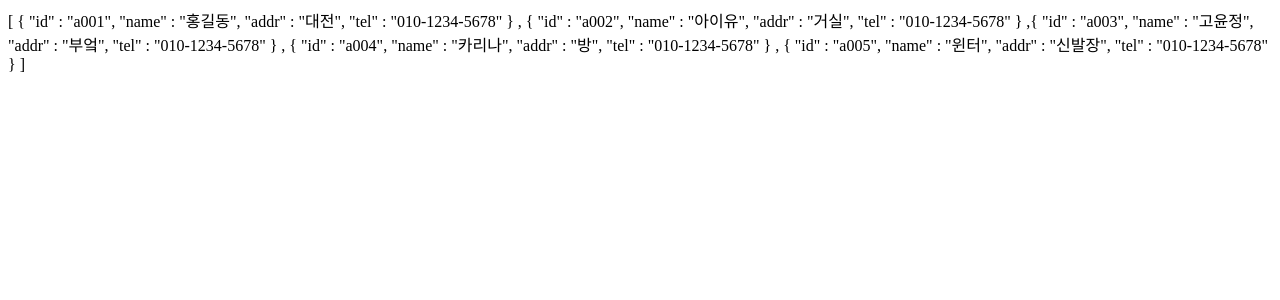
Repository: JJaeHwan/HTML
Page: http://localhost/jquerypro/0117/jmix.jsp
An editor plug-in stored every save of this project. The page is shown before and after the next save, followed by the edit.
The browser window is 1280 px wide. The pictures show the whole page.
The page is served by Tomcat 9.

Above is the page before, as saved 2023-01-17 06:25:58.

After the next save:
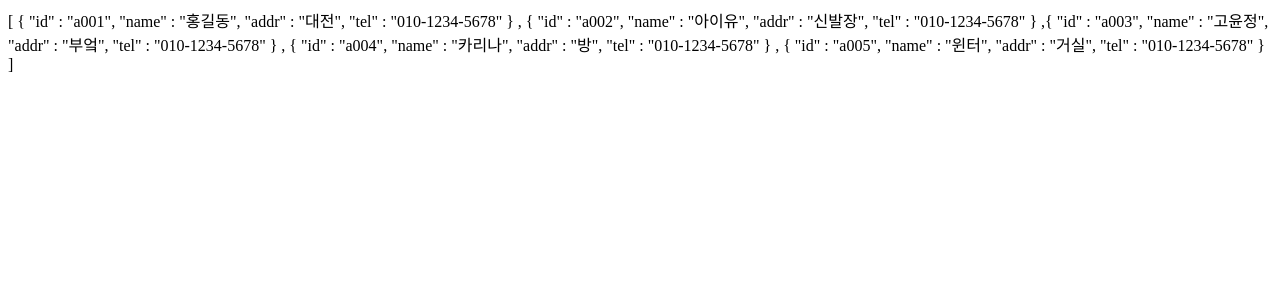
Saved 17 s later.
--- a/jquerypro/WebContent/0117/jmix.jsp
+++ b/jquerypro/WebContent/0117/jmix.jsp
@@ -22,7 +22,7 @@
 	 , {
 	  "id" : "a002",
 	  "name" : "아이유",
-	  "addr" : "거실",
+	  "addr" : "신발장",
 	  "tel" : "010-1234-5678"
 
 	  }
@@ -46,7 +46,7 @@
 	 , {
 	  "id" : "a005",
 	  "name" : "윈터",
-	  "addr" : "신발장",
+	  "addr" : "거실",
 	  "tel" : "010-1234-5678"
 
 	  }
